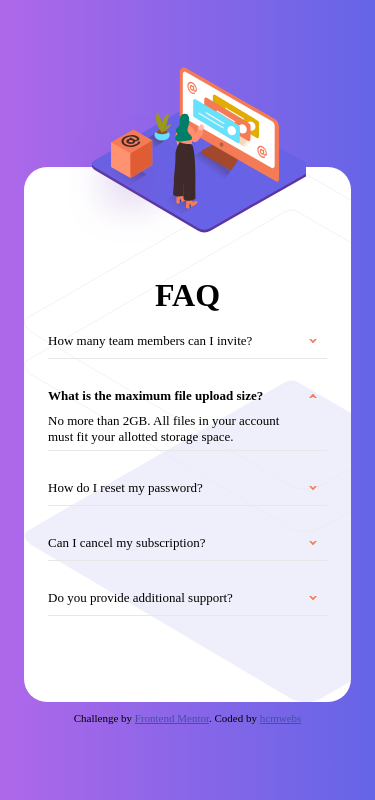
Repository: Hcmwebs/faq-accordion-card
Page: index.html
The author's editor kept a copy of each file at every save. The page is drawn from the files as they stood at one save, then again after the next save.
The browser window is 375 px wide. The pictures show the whole page.
The style sheet was rebuilt from its Sass, Less or Tailwind sources for each picture, by a compiler version that may differ from the author's.

Above is the page before, as saved 2020-11-06 13:13:12.

After the next save:
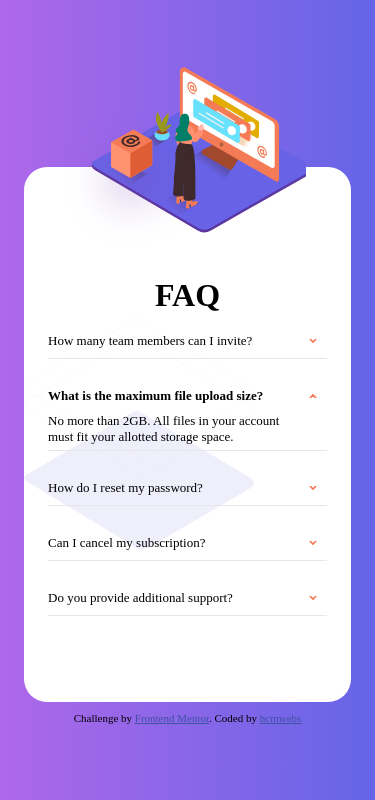
Saved 2 min 0 s later.
--- a/scss/main.scss
+++ b/scss/main.scss
@@ -60,7 +60,6 @@ font-weight: $font-light;
     width: 327px;
     height:535px;
     background:#fff url(/images/bg-pattern-mobile.svg) no-repeat 50px -130px;
-    background-size: 230px 230px;
     border-radius:23px;
     margin-top: 100px;
     padding: 10px;
--- a/scss/_medias.scss
+++ b/scss/_medias.scss
@@ -25,6 +25,8 @@
     .card{
       width: 327px;
       height: 535px;
+      background-size: 230px 230px;
+
 
     }
 
